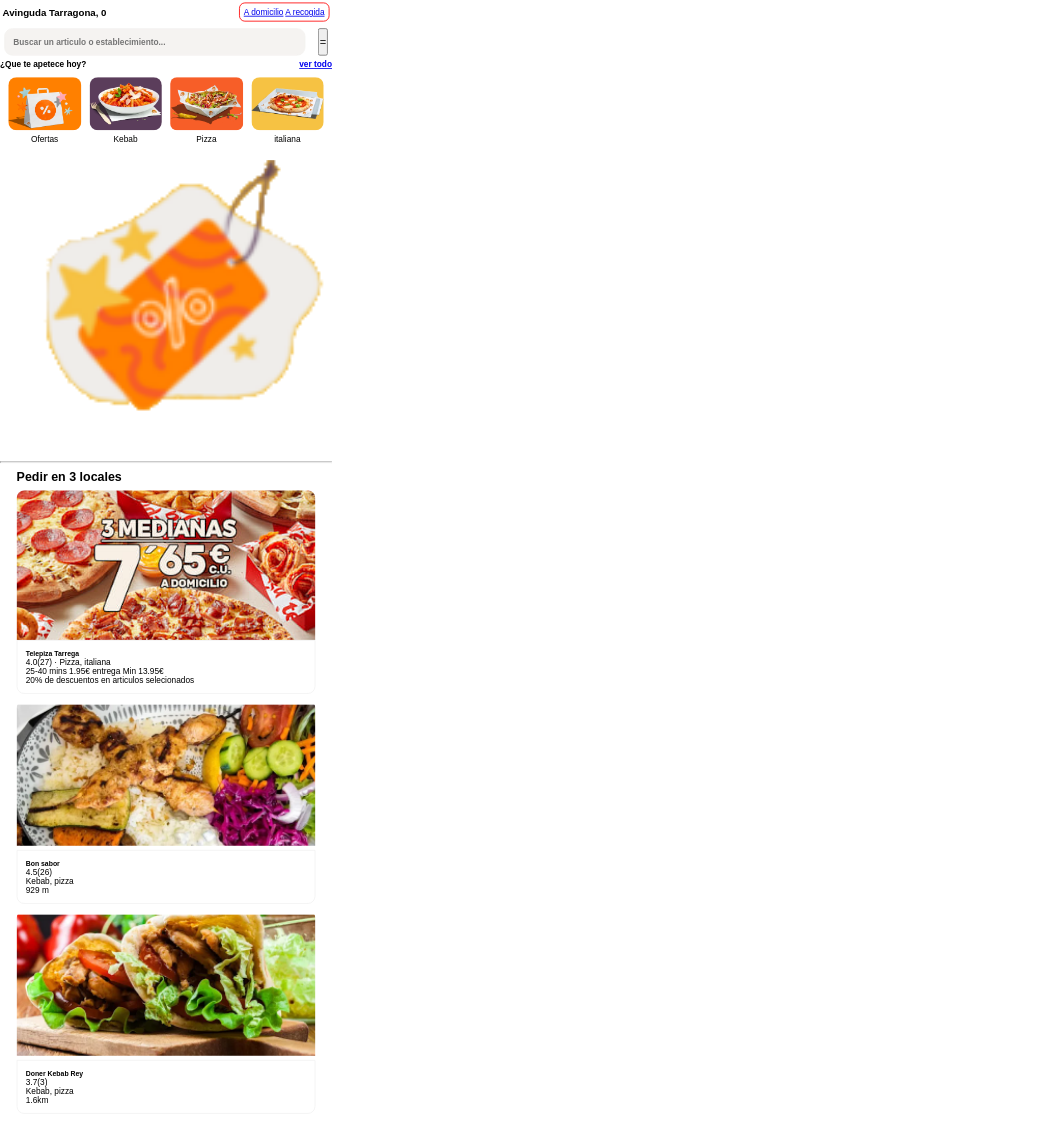
Repository: Srpinedaa/justEat
Page: index.html
The author's editor kept a copy of each file at every save. The page is drawn from the files as they stood at one save, then again after the next save.
The browser window is 1280 px wide. The pictures show the whole page, at 83% of full size.

Above is the page before, as saved 2024-10-03 15:31:19.

### index.html
<!DOCTYPE html>
<html lang="en">

<head>
    <meta charset="UTF-8">
    <meta name="viewport" content="width=, initial-scale=1.0">
    <title>Just Eat</title>
    <link rel="stylesheet" href="css/estilos.css">
</head>

<body>
    <div id="all">
        <header>
            <div id="navDireccion">
                <h3 class="direccion">Avinguda Tarragona, 0</h3>
                <div class="formaPedido">
                    <a href="#">A domicilio</a>
                    <a href="#">A recogida</a>
                </div>
            </div>

            <div id="navBuscador">
                <input type="text" placeholder="Buscar un articulo o establecimiento...">
                <button>=</button>
            </div>
        </header>
        <main>
            <div id="contenido">
                <div id="bloque1">
                    <section class="bloque1Sesion1">
                        <h4>¿Que te apetece hoy?</h4>
                        <h4><a href="#">ver todo</a></h4>
                    </section>
                    <section class="bloque1Sesion2">
                        <div class="fotoComida ofertas">
                            <img src="img/ofertas.png" alt="ofertas">
                            <p>Ofertas</p>
                        </div>
                        <div class="fotoComida kebab">
                            <img src="img/italiana.png" alt="italiana">
                            <p>Kebab</p>
                        </div>
                        <div class="fotoComida kebab2">
                            <img src="img/kebab.png" alt="kebab">
                            <p>Pizza</p>
                        </div>
                        <div class="fotoComida pizza">
                            <img src="img/pizza.png" alt="pizza">
                            <p>italiana</p>
                        </div>
                    </section>
                </div>
                <div id="bloque2">
                    <div id="slideShow">
                        <img src="img/descuento.png" alt="descuentos">
                    </div>
                </div>
                <hr>
                <div id="bloque3">
                    <h2>Pedir en 3 locales</h2>
                    <section class="bloquePedidos">
                        <div class="pedido">
                            <div class="imagenPedido">
                                <img src="img/pizza.jpg" alt="pizza">
                            </div>
                            <div class="informacionPedido">
                                <h5>Telepiza Tarrega</h5>
                                <p>4.0(27) · Pizza, italiana</p>
                                <p>25-40 mins 1.95€ entrega Min 13.95€</p>
                                <p>20% de descuentos en articulos selecionados</p>
                            </div>
                        </div>
                        <div class="pedido">
                            <div class="imagenPedido">
                                <img src="img/combinat.png" alt="pizza">
                            </div>
                            <div class="informacionPedido">
                                <h5>Bon sabor</h5>
                                <p>4.5(26)</p>
                                <p>Kebab, pizza</p>
                                <p>929 m</p>
                            </div>
                        </div>
                        <div class="pedido">
                            <div class="imagenPedido">
                                <img src="img/doner.png" alt="pizza">
                            </div>
                            <div class="informacionPedido">
                                <h5>Doner Kebab Rey</h5>
                                <p>3.7(3)</p>
                                <p>Kebab, pizza</p>
                                <p>1.6km</p>
                            </div>
                        </div>
                    </section>
                </div>
            </div>
        </main>
        <footer></footer>
    </div>
</body>

</html>

### css/estilos.css
*{
    margin: 0;
    padding: 0;
    box-sizing: border-box;
    font-family: sans-serif;
}

html{
    font-size: 62.5%;
}

#all{
    /* border: 1px solid red; */
    overflow: hidden;
    width: 40rem;

}

#navDireccion{
    /* border: 1px solid green; */
    display: flex;
    justify-content: space-between;
    margin-bottom: 9px;
    padding: 3px;
    align-items: center;
    margin: 0;
}

#navBuscador{
    padding: 5px;
    /* border: 1px solid blue; */
    display: flex;
    justify-content: space-between;
}

#navBuscador input{
    width: 93%;
    border-radius: 1rem;
    padding: 1rem;
    border: 1px solid #f5f3f1;
    background-color: #f5f3f1;
    font-size: 1rem;
    font-weight: bolder;

}

.buscador{
    /* border: 1px solid red; */
    border-radius: 7px;
    padding: 5px;
}


#slideShow{
    width: 100%;
    height: auto;
    margin-bottom: 2rem;
    padding: 5px;
    /* border: 1px solid cadetblue; */
}

#slideShow img{
    width: 100%;
    height: 100%;
}

.formaPedido{
    border: 1px solid red;
    border-radius: 7px;
    padding: 5px;
}

#contenido{
    /* border: 1px solid green; */
}

#bloque1{
    /* border: 1px solid blue; */
    display: flex;
    flex-direction: column;
}

.bloque1Sesion1{
    /* border: 1px solid pink; */
    display: flex;
    justify-content: space-between;
}

.bloque1Sesion2{
    /* border: 1px solid brown; */
    display: flex;
    width: 100%;
    justify-content: space-between;
    padding: 5px;
}

.fotoComida{
    width: 20rem;
    height: auto;
    padding: 5px;
    display: flex;
    flex-direction: column;
    align-items: center;
}

.fotoComida img{
    width: 100%;
    height: 100%;
    border-radius: 8px;
    /* border: 1px solid salmon; */
}

.ofertas img,
.kebab img,
.kabab2 img,
.pizza img{
    border-radius: 1rem;

}

.ofertas img{
    background-color: #ff8000;
}

.kebab img{
    background-color: #5b3d5b;

}

.kebab2 img{
    background-color: #f75e28;

}

.pizza img{
    background-color: #f6c243;

}

.fotoComida p{
    margin: 5px 0;
}

#bloque3{
    margin-top: 8px;
}

#bloque3 h2{
    margin-bottom: 8px;
    margin-left: 2rem;
}

.bloquePedidos{
    /* border: 1px solid blue; */
}

.pedido{
    width: 100%;
    /* border: 1px solid green; */
    display: flex;
    flex-direction: column;
    border-radius: 8px;
    margin-bottom: 8px;
}

.imagenPedido{
    width: 36rem;
    /* border: 1px solid red; */
    display: flex;
    justify-content: center;
    align-items: center;
    height: 18rem;
    overflow: hidden;
    border-top-right-radius: 9px;
    border-top-left-radius: 9px;
    margin: 0 auto;
    /* position: relative; */
}

.imagenPedido img{
    width: 100%;
    height: auto;
}

.informacionPedido{
    width: 36rem;
    /* background-color: wheat; */
    display: flex;
    flex-direction: column;
    flex-wrap: wrap;
    margin: 0 auto;
    padding: 1rem;
    border-bottom-left-radius: 9px;
    border-bottom-right-radius: 9px;
    border: 1px solid #f2f2f2;

}

.informacionPedido h5{
    width: 100%;
}

.informacionPedido p:last-child{
    width: 100%;
}

After the next save:
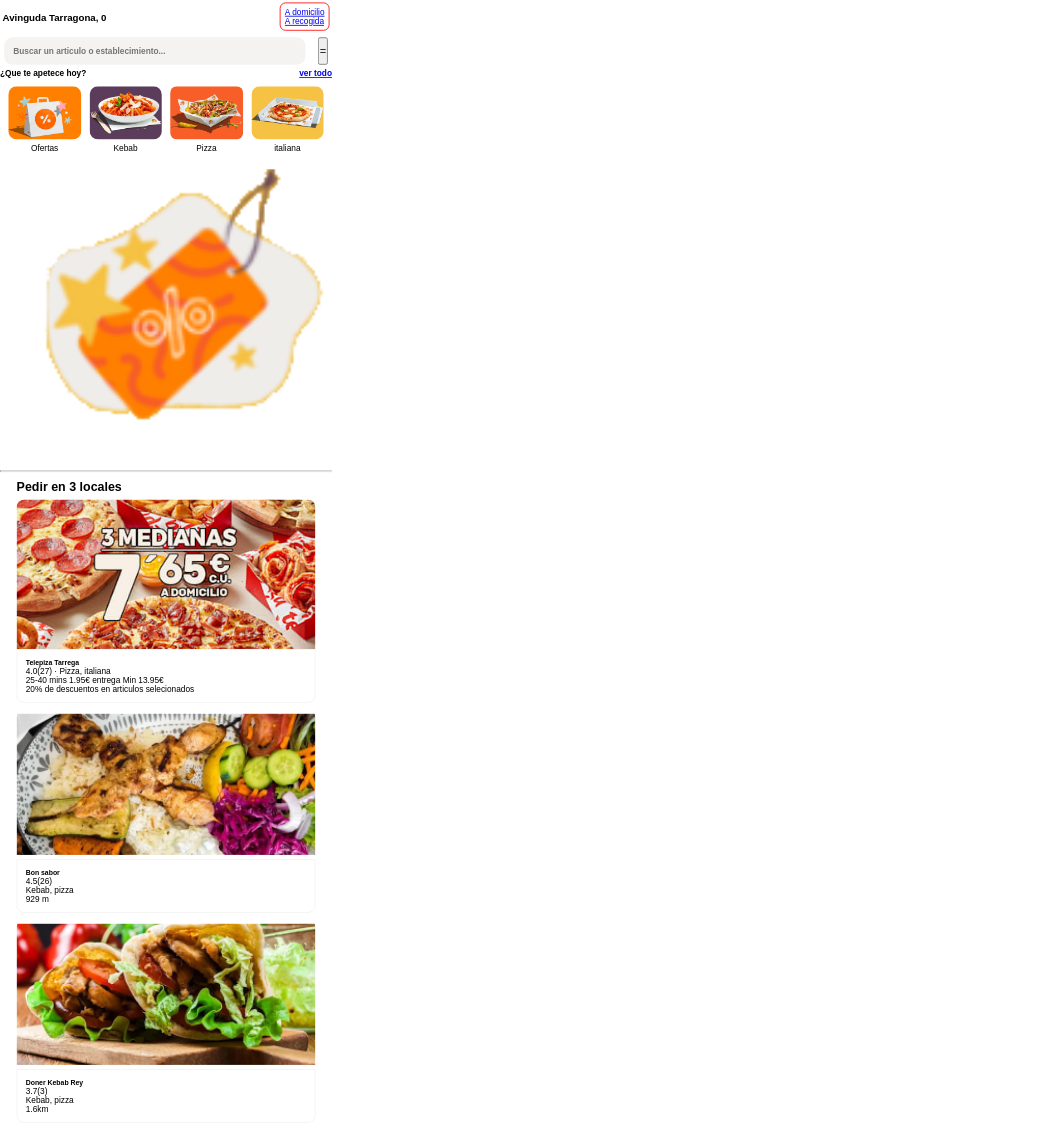
Saved 36 s later.
--- a/index.html
+++ b/index.html
@@ -14,7 +14,9 @@
             <div id="navDireccion">
                 <h3 class="direccion">Avinguda Tarragona, 0</h3>
                 <div class="formaPedido">
-                    <a href="#">A domicilio</a>
+                    <div class="formaPedido2">
+                        <a href="#">A domicilio</a>
+                    </div>
                     <a href="#">A recogida</a>
                 </div>
             </div>
